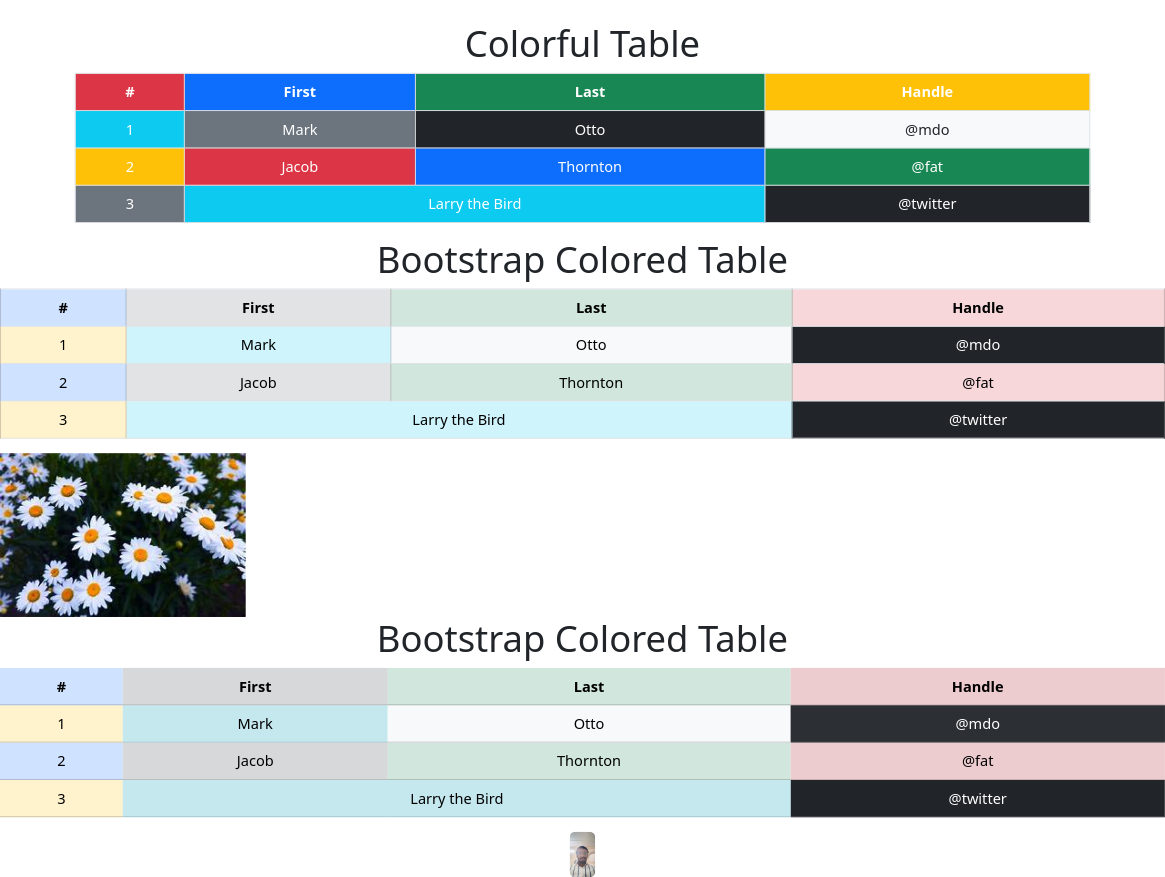
Repository: arunyerram/Web-TEChnologies
Page: BootstrapTables.html
An editor plug-in stored every save of this project. The page is shown before and after the next save, followed by the edit.
The browser window is 1280 px wide. The pictures show the whole page, at 91% of full size.

Above is the page before, as saved 2025-02-22 11:38:54.

After the next save:
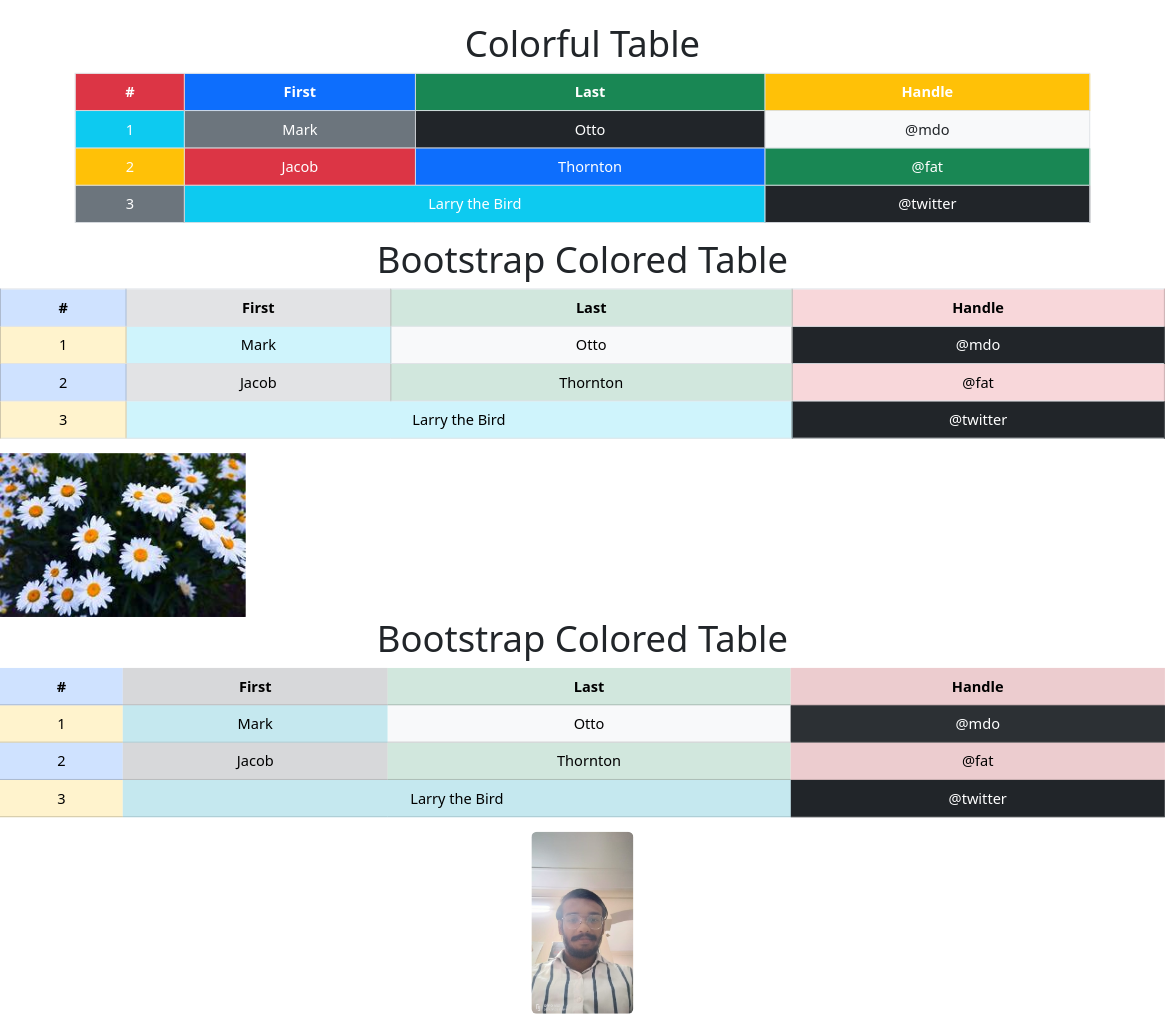
Saved 4 s later.
--- a/BootstrapTables.html
+++ b/BootstrapTables.html
@@ -117,6 +117,6 @@
             </tbody>
         </table>
 
-        <img src="Arun.jpg" class="rounded mx-auto d-block" alt="..." height="50px">
+        <img src="Arun.jpg" class="rounded mx-auto d-block" alt="..." height="200px">
 </body>
 </html>
